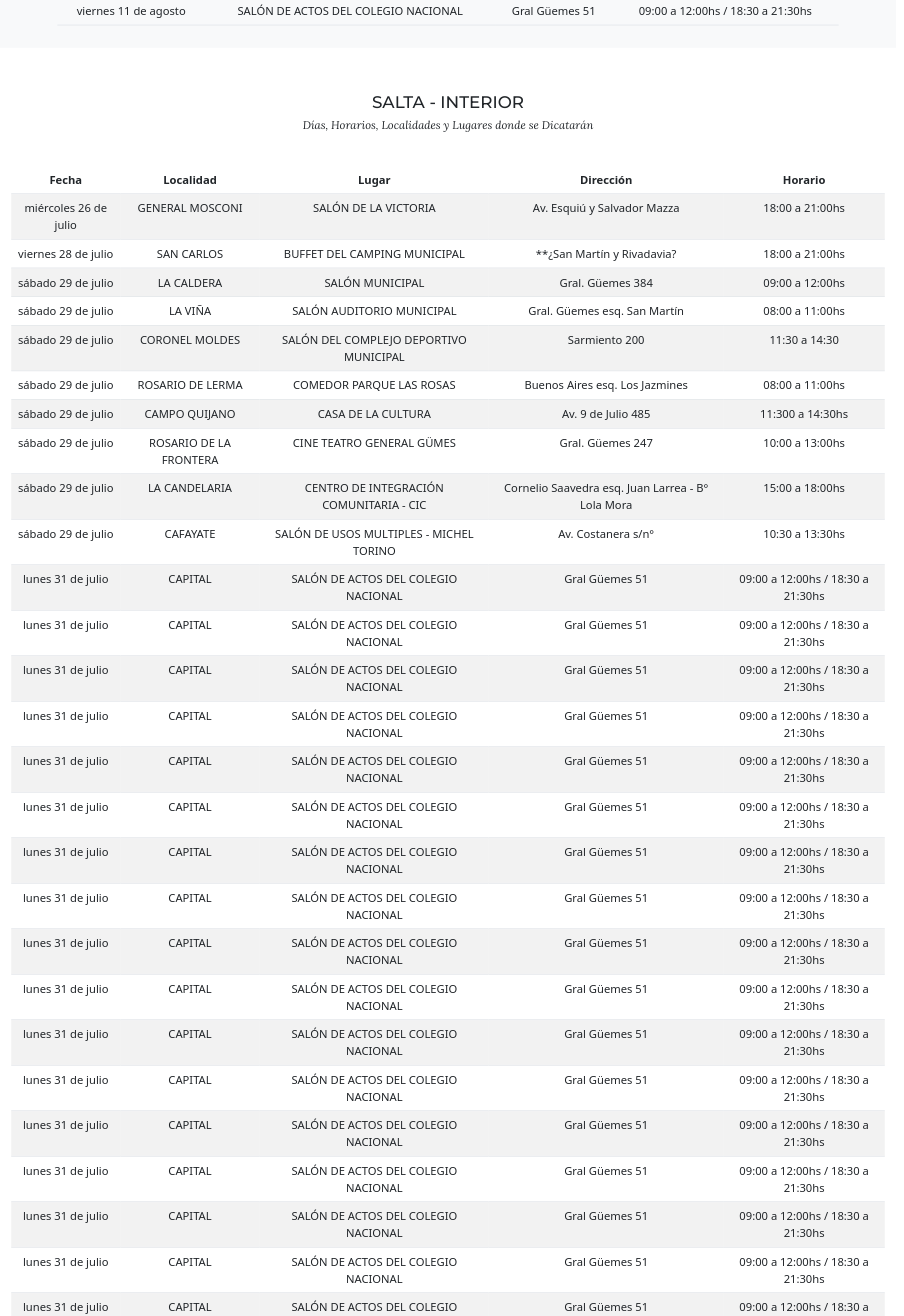
Repository: AlejandroJesusSerrano/capacitacion_electoral
Page: index.html
These files come from the project's save history. The page is drawn as it stood at one moment and after the next save; the edit follows.
The browser window is 1280 px wide. The page is 1292 px wide, so the pictures cover 1292 px, including what lies to the right of the window. The pictures show the part of the page from y = 706 to 2586 px (the page is 2650 px tall), at 70% of full size.
Some web fonts or font styles are not loaded; a fallback is used.

Above is the page before, as saved 2023-07-16 13:29:25.

### index.html
<!DOCTYPE html>
<html lang="en">
  <head>
    <meta charset="UTF-8" />
    <meta name="viewport" content="width=device-width, initial-scale=1.0" />
    <title>Capacitación Electoral Salta</title>
    <link rel="stylesheet" href="./lib/bootstrap5.2.3/css/bootstrap.min.css" />
    <link rel="stylesheet" href="./css/styles.css" />
  </head>
  <body>
    <nav class="navbar bg-light">
      <div class="container-fluid">
        <a class="navbar-brand nav-title" href="#">
          <img
            src="./img/logo_png_grande.png"
            alt="Logo Secretaría Electoral Juzgado Federal N°1"
            class="nav-logo align-text-center"
          />
        </a>
      </div>
    </nav>
      <div class="mt-3 d-flex row">
        <p class="text-center page-title">CAPACITACIÓN ELECTORAL</pc>
        <img src="./img/logo_capacitacion1.svg" alt="Capacitación Electoral">
      </div>
      <h3 class="text-center card-title">Capacitaciónes Presenciales</h3>
      <div class="bg-light p-3 mt-3">
        <div >
          <h4 class="text-center h4-title mt-5">SALTA - CAPITAL</h4>
          <h6 class="text-center card-title">Días, Horarios y Lugar Donde se Dicatarán</h6>
        </div>

        <div class="container mt-3">
          <table class="table table-striped text-center">
            <thead>
              <tr>
                <th scope="col">Fecha</th>
                <th scope="col">Lugar</th>
                <th scope="col">Dirección</th>
                <th scope="col">Horario</th>
              </tr>
            </thead>
            <tbody>
              <tr>
                <td>lunes 31 de julio</td>
                <td>SALÓN DE ACTOS DEL COLEGIO NACIONAL</td>
                <td>Gral Güemes 51</td>
                <td>09:00 a 12:00hs / 18:30 a 21:30hs</td>
              </tr>

              <tr>
                <td>jueves 3 de agosto</td>
                <td>SALÓN DE ACTOS DEL COLEGIO NACIONAL</td>
                <td>Gral Güemes 51</td>
                <td>09:00 a 12:00hs / 18:30 a 21:30hs</td>
              </tr>

              <tr>
                <td>sabado 5 de agosto</td>
                <td>SALÓN DE ACTOS DEL COLEGIO NACIONAL</td>
                <td>Gral Güemes 51</td>
                <td>09:00 a 12:00hs / 18:30 a 21:30hs</td>
              </tr>

              <tr>
                <td>lunes 7 de agosto</td>
                <td>SALÓN DE ACTOS DEL COLEGIO NACIONAL</td>
                <td>Gral Güemes 51</td>
                <td>09:00 a 12:00hs / 18:30 a 21:30hs</td>
              </tr>

              <tr>
                <td>jueves 10 de agosto</td>
                <td>SALÓN DE ACTOS DEL COLEGIO NACIONAL</td>
                <td>Gral Güemes 51</td>
                <td>09:00 a 12:00hs / 18:30 a 21:30hs</td>
              </tr>

              <tr>
                <td>viernes 11 de agosto</td>
                <td>SALÓN DE ACTOS DEL COLEGIO NACIONAL</td>
                <td>Gral Güemes 51</td>
                <td>09:00 a 12:00hs / 18:30 a 21:30hs</td>
              </tr>
            </tbody>
          </table>
        </div>
      </div>

      <div class="p-3">
        <div >
          <h4 class="text-center h4-title mt-5">SALTA - INTERIOR</h4>
          <h6 class="text-center card-title">Días, Horarios, Localidades y Lugares donde se Dicatarán</h6>
        </div>

        <div class="mt-5">
          <table class="table table-striped text-center">
            <thead>
              <tr>
                <th scope="col">Fecha</th>
                <th scope="col">Localidad</th>
                <th scope="col">Lugar</th>
                <th scope="col">Dirección</th>
                <th scope="col">Horario</th>
              </tr>
            </thead>
            <tbody>
              <tr>
                <td>miércoles 26 de julio</td>
                <td>GENERAL MOSCONI</td>
                <td>SALÓN DE LA VICTORIA</td>
                <td>Av. Esquiú y Salvador Mazza</td>
                <td>18:00 a 21:00hs</td>
              </tr>

              <tr>
                <td>viernes 28 de julio</td>
                <td>SAN CARLOS</td>
                <td>BUFFET DEL CAMPING MUNICIPAL</td>
                <td>**¿San Martín y Rivadavia?</td>
                <td>18:00 a 21:00hs</td>
              </tr>

              <tr>
                <td>sábado 29 de julio</td>
                <td>LA CALDERA</td>
                <td>SALÓN MUNICIPAL</td>
                <td>Gral. Güemes 384</td>
                <td>09:00 a 12:00hs</td>
              </tr>

              <tr>
                <td>sábado 29 de julio</td>
                <td>LA VIÑA</td>
                <td>SALÓN AUDITORIO MUNICIPAL</td>
                <td>Gral. Güemes esq. San Martín</td>
                <td>08:00 a 11:00hs</td>
              </tr>

              <tr>
                <td>sábado 29 de julio</td>
                <td>CORONEL MOLDES</td>
                <td>SALÓN DEL COMPLEJO DEPORTIVO MUNICIPAL</td>
                <td>Sarmiento 200</td>
                <td>11:30 a 14:30</td>
              </tr>

              <tr>
                <td>sábado 29 de julio</td>
                <td>ROSARIO DE LERMA</td>
                <td>COMEDOR PARQUE LAS ROSAS</td>
                <td>Buenos Aires esq. Los Jazmines</td>
                <td>08:00 a 11:00hs</td>
              </tr>

              <tr>
                <td>sábado 29 de julio</td>
                <td>CAMPO QUIJANO</td>
                <td>CASA DE LA CULTURA</td>
                <td>Av. 9 de Julio 485</td>
                <td>11:300 a 14:30hs</td>
              </tr>

              <tr>
                <td>sábado 29 de julio</td>
                <td>ROSARIO DE LA FRONTERA</td>
                <td>CINE TEATRO GENERAL GÜMES</td>
                <td>Gral. Güemes 247</td>
                <td>10:00 a 13:00hs</td>
              </tr>

              <tr>
                <td>sábado 29 de julio</td>
                <td>LA CANDELARIA</td>
                <td>CENTRO DE INTEGRACIÓN COMUNITARIA - CIC</td>
                <td>Cornelio Saavedra esq. Juan Larrea - B° Lola Mora</td>
                <td>15:00 a 18:00hs</td>
              </tr>

              <tr>
                <td>sábado 29 de julio</td>
                <td>CAFAYATE</td>
                <td>SALÓN DE USOS MULTIPLES - MICHEL TORINO</td>
                <td>Av. Costanera s/n°</td>
                <td>10:30 a 13:30hs </td>
              </tr>

              <tr>
                <td>lunes 31 de julio</td>
                <td>CAPITAL</td>
                <td>SALÓN DE ACTOS DEL COLEGIO NACIONAL</td>
                <td>Gral Güemes 51</td>
                <td>09:00 a 12:00hs / 18:30 a 21:30hs</td>
              </tr>

              <tr>
                <td>lunes 31 de julio</td>
                <td>CAPITAL</td>
                <td>SALÓN DE ACTOS DEL COLEGIO NACIONAL</td>
                <td>Gral Güemes 51</td>
                <td>09:00 a 12:00hs / 18:30 a 21:30hs</td>
              </tr>

              <tr>
                <td>lunes 31 de julio</td>
                <td>CAPITAL</td>
                <td>SALÓN DE ACTOS DEL COLEGIO NACIONAL</td>
                <td>Gral Güemes 51</td>
                <td>09:00 a 12:00hs / 18:30 a 21:30hs</td>
              </tr>

              <tr>
                <td>lunes 31 de julio</td>
                <td>CAPITAL</td>
                <td>SALÓN DE ACTOS DEL COLEGIO NACIONAL</td>
                <td>Gral Güemes 51</td>
                <td>09:00 a 12:00hs / 18:30 a 21:30hs</td>
              </tr>

              <tr>
                <td>lunes 31 de julio</td>
                <td>CAPITAL</td>
                <td>SALÓN DE ACTOS DEL COLEGIO NACIONAL</td>
                <td>Gral Güemes 51</td>
                <td>09:00 a 12:00hs / 18:30 a 21:30hs</td>
              </tr>

              <tr>
                <td>lunes 31 de julio</td>
                <td>CAPITAL</td>
                <td>SALÓN DE ACTOS DEL COLEGIO NACIONAL</td>
                <td>Gral Güemes 51</td>
                <td>09:00 a 12:00hs / 18:30 a 21:30hs</td>
              </tr>

              <tr>
                <td>lunes 31 de julio</td>
                <td>CAPITAL</td>
                <td>SALÓN DE ACTOS DEL COLEGIO NACIONAL</td>
                <td>Gral Güemes 51</td>
                <td>09:00 a 12:00hs / 18:30 a 21:30hs</td>
              </tr>

              <tr>
                <td>lunes 31 de julio</td>
                <td>CAPITAL</td>
                <td>SALÓN DE ACTOS DEL COLEGIO NACIONAL</td>
                <td>Gral Güemes 51</td>
                <td>09:00 a 12:00hs / 18:30 a 21:30hs</td>
              </tr>

              <tr>
                <td>lunes 31 de julio</td>
                <td>CAPITAL</td>
                <td>SALÓN DE ACTOS DEL COLEGIO NACIONAL</td>
                <td>Gral Güemes 51</td>
                <td>09:00 a 12:00hs / 18:30 a 21:30hs</td>
              </tr>

              <tr>
                <td>lunes 31 de julio</td>
                <td>CAPITAL</td>
                <td>SALÓN DE ACTOS DEL COLEGIO NACIONAL</td>
                <td>Gral Güemes 51</td>
                <td>09:00 a 12:00hs / 18:30 a 21:30hs</td>
              </tr>

              <tr>
                <td>lunes 31 de julio</td>
                <td>CAPITAL</td>
                <td>SALÓN DE ACTOS DEL COLEGIO NACIONAL</td>
                <td>Gral Güemes 51</td>
                <td>09:00 a 12:00hs / 18:30 a 21:30hs</td>
              </tr>

              <tr>
                <td>lunes 31 de julio</td>
                <td>CAPITAL</td>
                <td>SALÓN DE ACTOS DEL COLEGIO NACIONAL</td>
                <td>Gral Güemes 51</td>
                <td>09:00 a 12:00hs / 18:30 a 21:30hs</td>
              </tr>

              <tr>
                <td>lunes 31 de julio</td>
                <td>CAPITAL</td>
                <td>SALÓN DE ACTOS DEL COLEGIO NACIONAL</td>
                <td>Gral Güemes 51</td>
                <td>09:00 a 12:00hs / 18:30 a 21:30hs</td>
              </tr>

              <tr>
                <td>lunes 31 de julio</td>
                <td>CAPITAL</td>
                <td>SALÓN DE ACTOS DEL COLEGIO NACIONAL</td>
                <td>Gral Güemes 51</td>
                <td>09:00 a 12:00hs / 18:30 a 21:30hs</td>
              </tr>

              <tr>
                <td>lunes 31 de julio</td>
                <td>CAPITAL</td>
                <td>SALÓN DE ACTOS DEL COLEGIO NACIONAL</td>
                <td>Gral Güemes 51</td>
                <td>09:00 a 12:00hs / 18:30 a 21:30hs</td>
              </tr>

              <tr>
                <td>lunes 31 de julio</td>
                <td>CAPITAL</td>
                <td>SALÓN DE ACTOS DEL COLEGIO NACIONAL</td>
                <td>Gral Güemes 51</td>
                <td>09:00 a 12:00hs / 18:30 a 21:30hs</td>
              </tr>

              <tr>
                <td>lunes 31 de julio</td>
                <td>CAPITAL</td>
                <td>SALÓN DE ACTOS DEL COLEGIO NACIONAL</td>
                <td>Gral Güemes 51</td>
                <td>09:00 a 12:00hs / 18:30 a 21:30hs</td>
              </tr>
            </tbody>
          </table>
        </div>
      </div>


    <script src="./lib/bootstrap5.2.3/js/bootstrap.min.js"></script>
  </body>
</html>

### css/styles.css
@import url('https://fonts.googleapis.com/css2?family=Hind+Madurai:wght@400;700&family=Lora:ital,wght@1,400;1,600&family=Montserrat:wght@500;600;700&display=swap');

*{
  margin: 0;
  padding: 0;
  box-sizing: border-box;
}

.nav-logo{
  width: 25rem;
}

.page-title{
  font-family: 'Montserrat', sans-serif;
  font-size: 2.5rem;
  font-weight: 600;
}

.h4-title{
  font-family: 'Montserrat', sans-serif;
}

.card-aut{
  width: 20rem;
  border-width: .25rem;
  border-color: #0cacfc;
}

.card-img-top{
  width:7rem;

}

.card-title{
  font-family: 'Lora', serif;
}

.card-text{
  font-family: 'Hind Madurai', sans-serif;
}

.btn-icon{
  width: 4rem;
}

Loaded but not shown: lib/bootstrap5.2.3/css/bootstrap.min.css (library); lib/bootstrap5.2.3/js/bootstrap.min.js (library)

After the next save:
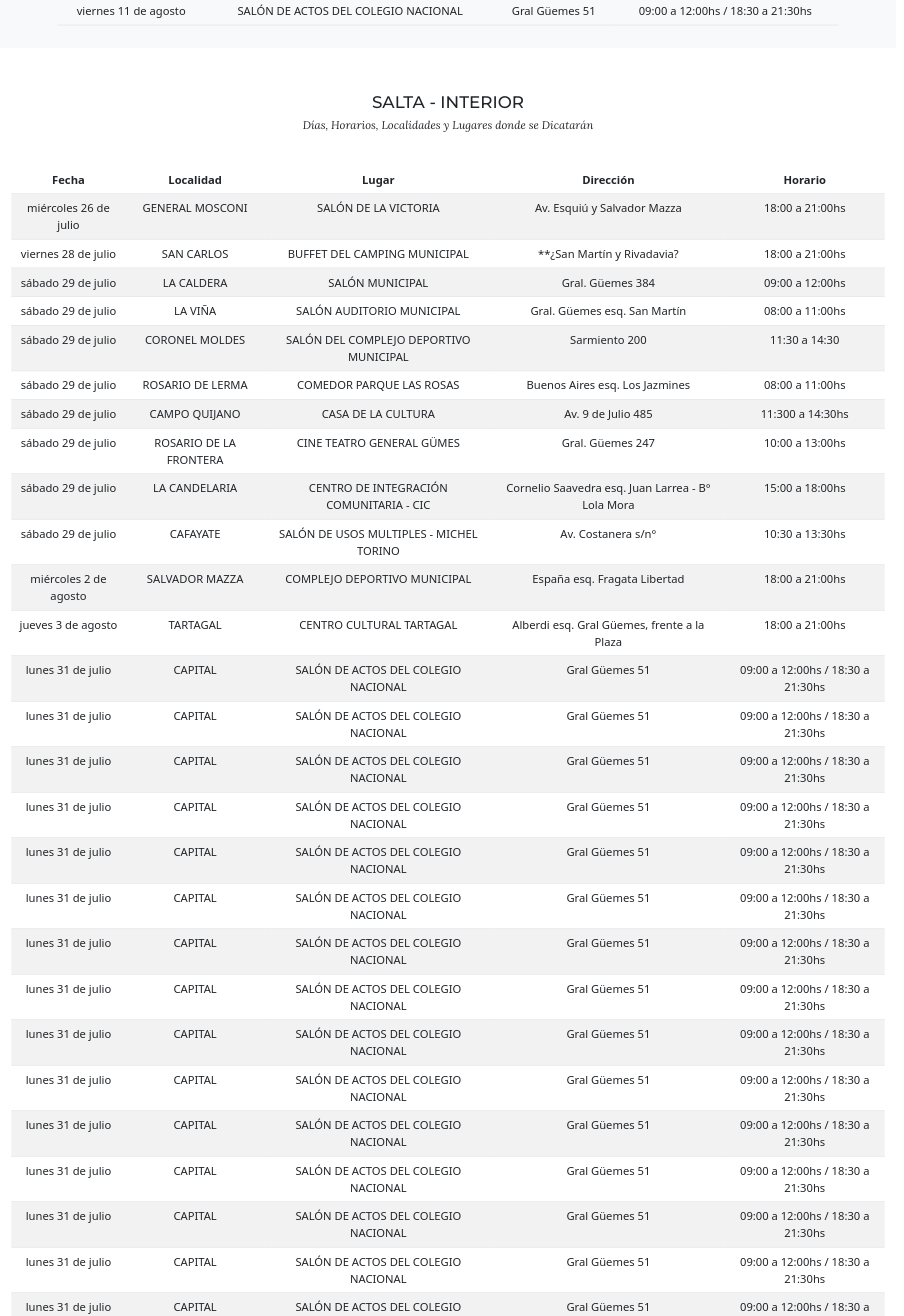
Saved 3 min 37 s later.
--- a/index.html
+++ b/index.html
@@ -186,19 +186,19 @@
               </tr>
 
               <tr>
-                <td>lunes 31 de julio</td>
-                <td>CAPITAL</td>
-                <td>SALÓN DE ACTOS DEL COLEGIO NACIONAL</td>
-                <td>Gral Güemes 51</td>
-                <td>09:00 a 12:00hs / 18:30 a 21:30hs</td>
-              </tr>
-
-              <tr>
-                <td>lunes 31 de julio</td>
-                <td>CAPITAL</td>
-                <td>SALÓN DE ACTOS DEL COLEGIO NACIONAL</td>
-                <td>Gral Güemes 51</td>
-                <td>09:00 a 12:00hs / 18:30 a 21:30hs</td>
+                <td>miércoles 2 de agosto</td>
+                <td>SALVADOR MAZZA</td>
+                <td>COMPLEJO DEPORTIVO MUNICIPAL</td>
+                <td>España esq. Fragata Libertad</td>
+                <td>18:00 a 21:00hs</td>
+              </tr>
+
+              <tr>
+                <td>jueves 3 de agosto</td>
+                <td>TARTAGAL</td>
+                <td>CENTRO CULTURAL TARTAGAL</td>
+                <td>Alberdi esq. Gral Güemes, frente a la Plaza</td>
+                <td>18:00 a 21:00hs</td>
               </tr>
 
               <tr>
